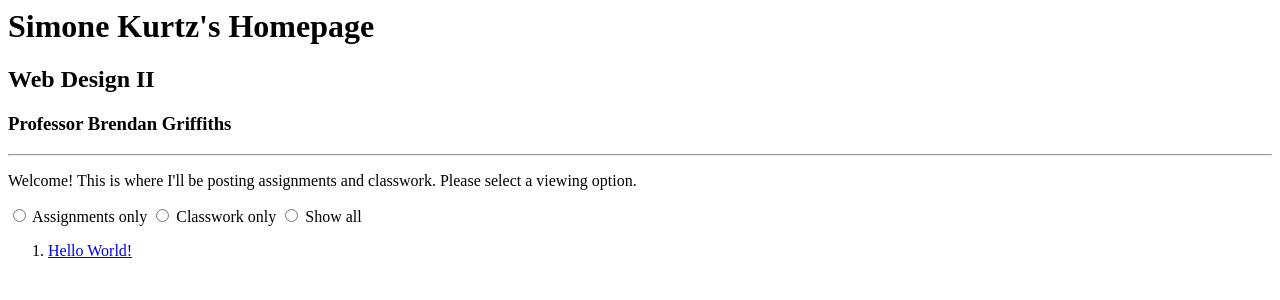
Repository: simonekurtz/simonekurtz.github.io
Page: 0ASGN_Homepage/index.html
The author's editor kept a record of every edit. The page is drawn from the files as they stood at one moment, then again after the next edit.
The browser window is 1280 px wide. The pictures show the whole page.

Above is the page before.

### 0ASGN_Homepage/index.html
<html>
    <head>
       <title>Simone Kurtz's Homepage</title>
    </head>
    <body>
        <h1>Simone Kurtz's Homepage</h1>
        <h2>Web Design II</h2>
        <h3>Professor Brendan Griffiths</h3>
        <hr>
        <p>Welcome! This is where I'll be posting assignments and classwork. Please select a viewing option.</p>
        <input type="radio" name="Assignments"> Assignments only
        <input type="radio" name="Class"> Classwork only
        <input type="radio" name="All"> Show all
        <br>
        <ol>
            <li><a href="1ASGN/HelloWorld.html">Hello World!</a></li>
        </ol>
    </body>
</html>

After the next edit:
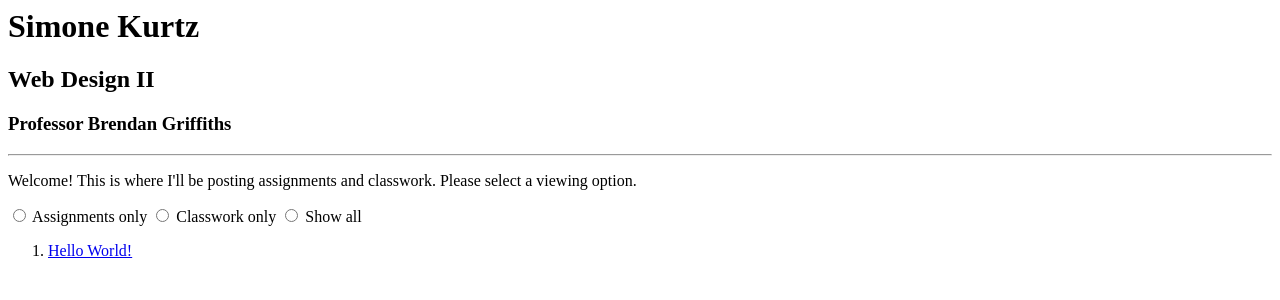
The edit:
--- a/0ASGN_Homepage/index.html
+++ b/0ASGN_Homepage/index.html
@@ -3,7 +3,7 @@
        <title>Simone Kurtz's Homepage</title>
     </head>
     <body>
-        <h1>Simone Kurtz's Homepage</h1>
+        <h1>Simone Kurtz</h1>
         <h2>Web Design II</h2>
         <h3>Professor Brendan Griffiths</h3>
         <hr>
